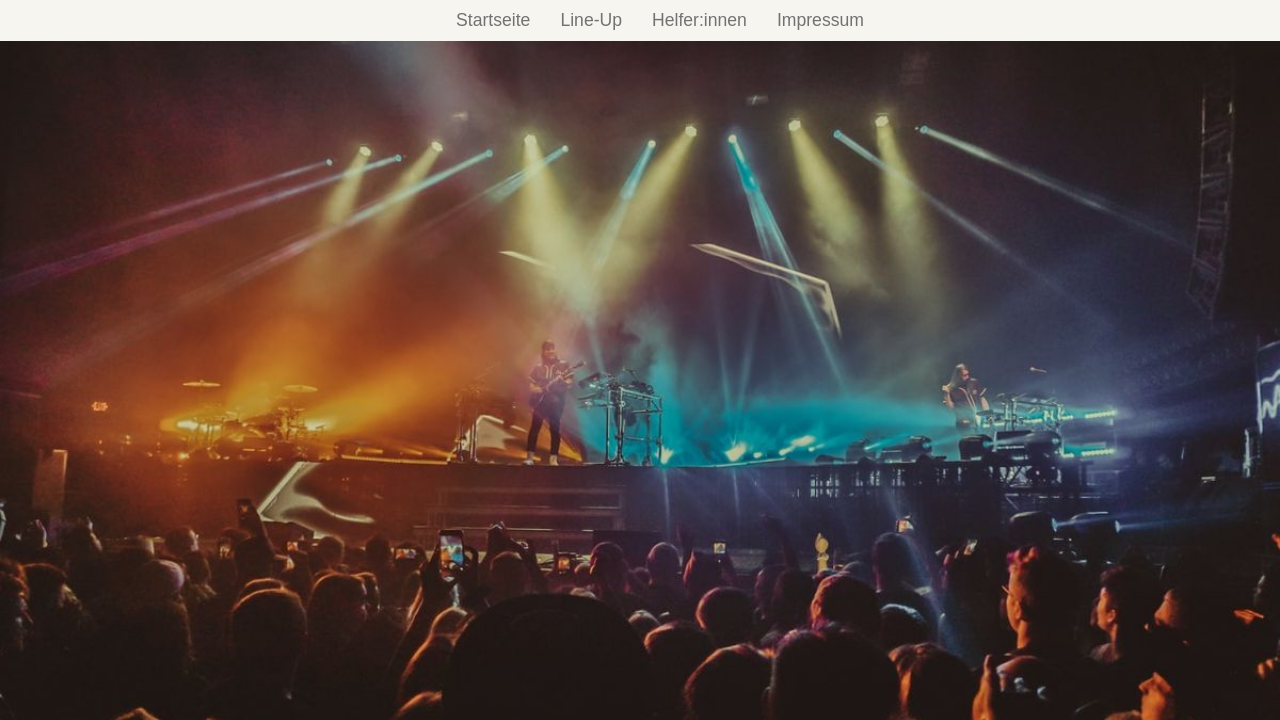
Repository: Hajimohammadi-KI/Web-Technologien
Page: index.html
An editor plug-in stored every save of this project. The page is shown before and after the next save, followed by the edit.
The browser window is 1280 px wide. The pictures show the whole page.

Above is the page before, as saved 2025-10-01 14:26:52.

### index.html
<!DOCTYPE html>
<html lang="en">
<head>
    <meta charset="UTF-8">
    <meta name="viewport" content="width=device-width, initial-scale=1.0">
    <link rel="stylesheet" href="mystyle.css">
    <title>T01-HTML&CSS</title>
</head>
<body>
   <nav>
  <a href="index.html">Startseite</a>
  <a href="lineup.html">Line-Up</a>
  <a href="helfer.html">Helfer:innen</a>
  <a href="impressum.html">Impressum</a>
</nav>

    <!-- The alt attribute is used to provide alternative text for the image if it fails to load or if the user visits the page via a screen reader. -->
    <img src="img/spotify-livestreaming-virtual-concerts-feat.jpeg"
        alt="Musicians performing on a brightly lit stage with colorful spotlights
        and smoke effects while a large enthusiastic audience watches and records
        the event with their phones in a dark concert hall filled with energy and
         excitement" class="responsive-img">


</body>
</html>

### mystyle.css
/* ==== 1. Reset-Regeln ==== */ /* قوانین ریست (بازنشانی) */
/*
  Schreibe für alle Zeilen deutsche Kommentare und erkläre die Wörter auf Persisch innerhalb des deutschen Satzes. (برای همه خطوط کامنت آلمانی بنویس و معنی کلمات را به فارسی داخل جمله آلمانی به فارسی بنویس)
*/

/*
  Stile für responsive Bilder. (Stile=استایل‌ها, responsive=واکنش‌گرا, Bilder=تصاویر)
  Die .responsive-img Klasse sorgt dafür, dass Bilder sich an den Container anpassen und das Seitenverhältnis (Seitenverhältnis=نسبت ابعاد) beibehalten.
  Wende diese Klasse auf <img>-Elemente an, damit sie auf verschiedenen Bildschirmgrößen und Geräten (Geräten=دستگاه‌ها) korrekt angezeigt werden.
*/
img.responsive-img {
  width: 100%; /* Die Breite (Breite=عرض) des Bildes ist immer gleich wie die des Elternelements (Elternelements=عنصر والد). */
  height: auto; /* Das Seitenverhältnis (Seitenverhältnis=نسبت ابعاد) des Bildes bleibt erhalten. */
  max-width: 100vw; /* Das Bild wird nie breiter als das Browserfenster (Browserfenster=پنجره مرورگر). */
  display: block; /* Entfernt zusätzlichen Platz (Platz=فضا) unter dem Bild. */
}

@media (max-width: 600px) {
  img.responsive-img {
  max-width: 100%; /* Auf kleinen Seiten (kleinen=کوچک), ist die maximale Breite (maximale Breite=حداکثر عرض) des Bildes gleich wie die des Elternelements. */
  }
}

/* html und body nehmen die gesamte Breite (Breite=عرض) und Höhe (Höhe=ارتفاع) des Viewports (Viewports=صفحه نمایش) ein. */
html, body {
  width: 100vw; /* Gesamte Breite (gesamte=کامل, Breite=عرض) */
  height: 100vh; /* Gesamte Höhe (gesamte=کامل, Höhe=ارتفاع) */
  margin: 0; /* Kein äußerer Abstand (äußerer Abstand=حاشیه بیرونی) */
  padding: 0; /* Kein innerer Abstand (innerer Abstand=فاصله داخلی) */
  overflow: hidden; /* Verhindert zusätzliches Scrollen (zusätzliches Scrollen=اسکرول اضافی) */
}

/* body verwendet eine serifenlose Schriftart (serifenlose Schriftart=فونت بدون سریف) und hat ein Hintergrundbild (Hintergrundbild=تصویر پس‌زمینه) */
body {
  font-family: Arial, sans-serif; /* Serifenlose Schriftart (serifenlose=بدون سریف, Schriftart=فونت) */
  box-sizing: border-box; /* Box-Modell (Box-Modell=مدل جعبه‌ای) mit Rahmen (Rahmen=حاشیه) und Innenabstand (Innenabstand=فاصله داخلی) */
  background: url("img/spotify-livestreaming-virtual-concerts-feat.jpeg") center center no-repeat; /* Hintergrundbild (Hintergrundbild=تصویر پس‌زمینه) zentriert (zentriert=وسط) und ohne Wiederholung (Wiederholung=تکرار) */
  background-size: cover; /* Hintergrundbild (Hintergrundbild=تصویر پس‌زمینه) bedeckt die gesamte Fläche (gesamte Fläche=کل صفحه) */
}

/* .main-content wird absolut zentriert (absolut=مطلق, zentriert=مرکزچین) und hat maximale Breite (maximale Breite=حداکثر عرض) */
.main-content {
  position: absolute; /* Absolute Positionierung (absolute=مطلق, Positionierung=موقعیت) */
  top: 50%; /* Von oben 50% (oben=بالا) */
  left: 50%; /* Von links 50% (links=چپ) */
  transform: translate(-50%, -50%); /* Zentriert das Element (zentriert=مرکزچین, Element=عنصر) */
  width: 90vw; /* 90% der Viewport-Breite (Viewport-Breite=عرض صفحه) */
  max-width: 1200px; /* Maximale Breite 1200px (maximale Breite=حداکثر عرض) */
  color: #222; /* Textfarbe dunkelgrau (Textfarbe=رنگ متن, dunkelgrau=خاکستری تیره) */
  text-align: center; /* Text zentriert (zentriert=وسط) */
}

h1, h2, h3 {
  color: #333; /* Dunkle Farbe (dunkle Farbe=رنگ تیره) für Überschriften (Überschriften=عناوین) */
  margin-bottom: 10px; /* Abstand unten (Abstand unten=فاصله پایین) für Überschriften */
}

p {
  color: #555; /* Graue Farbe (graue Farbe=رنگ خاکستری) für Absätze (Absätze=پاراگراف‌ها) */
  line-height: 1.6; /* Erhöhte Zeilenhöhe (Zeilenhöhe=ارتفاع خط) für bessere Lesbarkeit (Lesbarkeit=خوانایی) */
  margin-bottom: 15px; /* Abstand unten (Abstand unten=فاصله پایین) für Absätze */
}

/*
  Stile für die Navigationsleiste (Navigationsleiste=نوار ناوبری) und den Container (Container=ظرف).
  Die nav-Stile erzeugen eine horizontale Navigationsleiste mit Abstand (Abstand=فاصله) und Hover-Effekten (Hover-Effekten=افکت هاور).
  Die .container-Klasse zentriert den Inhalt (Inhalt=محتوا) und begrenzt die maximale Breite (maximale Breite=حداکثر عرض) für bessere Lesbarkeit.
*/
nav {
  justify-content: center; /* Zentriert die Navigations-Items (zentriert=مرکزچین, Navigations-Items=آیتم‌های ناوبری) */
  position: fixed; /* Fixiert die Navigationsleiste oben (fixiert=ثابت, oben=بالا) */
  top: 0; /* Richtet die Leiste am oberen Rand (oberen Rand=لبه بالا) aus. */
  /* Entfernt: bottom: 0;  (Redundant für oben fixierte horizontale Navigationsleiste) */
  /* در CSS تگ nav این خط هست: bottom: 0; — این برای horizontal navbar اضافی است و اگر هدف navbar بالای صفحه باشد حذفش کن. */
  width: 100%; /* Die Leiste nimmt die gesamte Breite (gesamte Breite=تمام عرض) ein. */
  z-index: 1000; /* Stellt sicher, dass die Leiste über anderen Elementen (anderen Elementen=سایر عناصر) bleibt. */
  background: #f6f5f0; /* Heller Hintergrund (heller Hintergrund=رنگ پس‌زمینه روشن) für die Navigationsleiste */
  padding: 10px 20px; /* Innenabstand (Innenabstand=فاصله داخلی) für die Navigationsleiste */
  display: flex; /* Zeigt die Items horizontal (horizontal=افقی) an */
  gap: 30px; /* Abstand (Abstand=فاصله) zwischen den Navigations-Items */
  font-family: sans-serif; /* Einfache Schriftart (einfache Schriftart=فونت ساده) für Navigation */
  font-size: 1.1em; /* Größere Schriftgröße (Schriftgröße=اندازه فونت) für Navigation */
}
nav a {
  text-decoration: none; /* Entfernt Unterstreichung (Unterstreichung=خط زیر) von Links */
  color: #727272; /* Graue Farbe (graue Farbe=رنگ خاکستری) für Links */
  transition: color 0.2s; /* Farbeffekt (Farbeffekt=افکت تغییر رنگ) beim Hover */
}
nav a:hover {
  color: #120fda;  /* Blaue Farbe (Blaue Farbe=رنگ آبی) beim Hover */
  border-bottom: 1px solid #444; /* Unterstrich (Unterstrich=خط زیر) beim Hover */
}
nav a:active {
  color: #e00d18; /* Rote Farbe (Rote Farbe=رنگ قرمز) für aktiven Link (برای لینک فعال رنگ قرمز) */
  font-weight: bold; /* Fettere Schrift (Fettere Schrift=فونت ضخیم‌تر) für aktiven Link (برای لینک فعال فونت ضخیم‌تر) */
  border-bottom: 2px solid #df0c0c; /* Stärkerer Unterstrich (Stärkerer Unterstrich=خط زیر ضخیم‌تر) für aktiven Link (برای لینک فعال خط زیر ضخیم‌تر) */

}
nav a.active {
  color: #0de053; /* Grüne Farbe (grüne Farbe=رنگ سبز) für den aktiven Link (برای لینک فعال رنگ سبز) */
  font-weight: bold; /* Fettere Schrift (fettere Schrift=فونت ضخیم‌تر) für den aktiven Link (برای لینک فعال فونت ضخیم‌تر) */
  border-bottom: 2px solid #222121; /* Stärkerer Unterstrich (stärkerer Unterstrich=خط زیر ضخیم‌تر) für den aktiven Link (برای لینک فعال خط زیر ضخیم‌تر) */

}
/*
  Unterschied zwischen a.active und a:active:

  /*
    a.active
    a.active → Selektor für eine Klasse, dauerhaft, manuell gesetzt.
    یعنی وقتی به یک لینک کلاس active بدهیم، همیشه این استایل را دارد تا زمانی که کلاس را برداریم.
    عملکرد: این باعث می‌شود لینک‌هایی که کلاس
     دارند همیشه با استایل مخصوص نمایش داده شوند (مثلاً رنگ سبز و خط زیر ضخیم‌تر)، حتی اگر روی آن کلیک نشده باشد. معمولاً برای نمایش صفحه فعال در منو استفاده می‌شود.active { color: green; }
  /*
    a:active
    a:active → Pseudoklasse, nur während des Klicks aktiv, automatisch vom Browser gesetzt.
    یعنی وقتی روی یک لینک کلیک می‌کنیم، تا زمانی که دکمه ماوس را نگه داشته‌ایم، استایل فعال را می‌گیرد.
    مثال: a:active { color: red; }

*/
/*
  Die .container-Klasse wird verwendet, um den Inhalt (Inhalt=محتوا) auf der Seite zu zentrieren (zentrieren=مرکزچین) und die maximale Breite (maximale Breite=حداکثر عرض) zu begrenzen.
  Ein Container (Container=ظرف) sorgt dafür, dass der Inhalt nicht zu breit (zu breit=خیلی عریض) wird und auf großen Bildschirmen (Bildschirmen=صفحه‌نمایش‌ها) besser lesbar (lesbar=قابل خواندن) bleibt.
  Außerdem wird durch den Innenabstand (Innenabstand=فاصله داخلی) der Inhalt nicht direkt am Rand (Rand=لبه) angezeigt.
  ---
  کلاس .container برای مرکزچین کردن محتوا و محدود کردن حداکثر عرض استفاده می‌شود.
  کانتینر باعث می‌شود محتوا خیلی عریض نشود و در صفحه‌نمایش‌های بزرگ خواناتر باشد.
  همچنین با فاصله داخلی، محتوا به لبه صفحه نمی‌چسبد.
*/
.container {
  max-width: 1200px; /* Maximale Breite (maximale Breite=حداکثر عرض) für Inhalt */
  margin: 0 auto; /* Zentriert den Inhalt (zentriert=مرکزچین, Inhalt=محتوا) */
  padding: 20px; /* Innenabstand (Innenabstand=فاصله داخلی) für Inhalt */
}
/* ==== 3. Header & Footer ==== */ /* هدر و فوتر */
/* immer oben und unten, volle Breite */ /* همیشه بالا و پایین، عرض کامل */
header,
footer {
  position: fixed; /* Fixierte Position */ /* موقعیت ثابت */
  width: 100%; /* Volle Breite */ /* عرض کامل */
  background-color: rgba(128, 128, 128, 0.7); /* Halbtransparenter Hintergrund */ /* پس‌زمینه نیمه شفاف */
  color: #000; /* Textfarbe schwarz */ /* رنگ متن مشکی */
  padding: 10px 0; /* Vertikaler Abstand */ /* فاصله عمودی */
  text-align: center; /* Zentrierter Text */ /* متن وسط‌چین */
  z-index: 1000; /* Immer im Vordergrund */ /* همیشه در جلو */
}
header { top: 0; } /* Header oben fixieren */ /* هدر در بالا ثابت */
footer { bottom: 0; } /* Footer unten fixieren */ /* فوتر در پایین ثابت */

/* ==== 4. Navigation ==== */ /* ناوبری */
/* horizontale Linkleiste mit aktiven und Hover-Zuständen */ /* نوار افقی لینک با حالت فعال و هاور */
nav ul {
  display: flex; /* Flexbox für Liste */ /* استفاده از فلکس برای لیست */
  justify-content: center; /* Zentrierung */ /* تراز وسط */
  list-style: none; /* Keine Aufzählungszeichen */ /* بدون نشانه‌گذاری لیست */
}
nav ul li {
  margin: 0 15px; /* Abstand zwischen Links */ /* فاصله بین لینک‌ها */
}
nav ul li a {
  color: #000; /* Linkfarbe schwarz */ /* رنگ لینک مشکی */
  text-decoration: none; /* Keine Unterstreichung */ /* بدون زیرخط */
  font-weight: bold; /* Fettgedruckt */ /* ضخیم */
  padding: 5px 10px; /* Innenabstand */ /* فاصله داخلی */
  border-radius: 4px; /* Abgerundete Ecken */ /* گوشه‌های گرد */
}
nav ul li a.active,
nav ul li a:hover {
  background-color: rgba(245, 160, 63, 0.8); /* Hintergrund bei Aktiv/Hover */ /* پس‌زمینه هنگام فعال یا هاور */
  color: #fff; /* Text weiß */ /* متن سفید */
}

/* ==== 5. Canvas-Container ==== */ /* کانتینر اصلی (بوم) */
/* halbtransparenter Hauptcontainer */ /* کانتینر اصلی نیمه شفاف */
.canvas-container {
  position: relative; /* Position relativ */ /* موقعیت نسبی */
  z-index: 1; /* Im Vordergrund, aber unter Header/Footer */ /* جلوتر، اما زیر هدر/فوتر */
  width: 90vw; /* 90% der Ansichtsbreite */ /* ۹۰٪ عرض صفحه */
  max-width: 1000px; /* Maximale Breite */ /* حداکثر عرض */
  margin: 80px auto 40px; /* Abstand oben/unten, zentriert */ /* فاصله بالا/پایین، وسط‌چین */
  background-color: rgba(128, 128, 128, 0.7); /* Halbtransparenter Hintergrund */ /* پس‌زمینه نیمه شفاف */
  color: #000; /* Textfarbe schwarz */ /* رنگ متن مشکی */
  border: 2px solid rgba(12, 12, 12, 0.9); /* Dunkler Rahmen */ /* حاشیه تیره */
  border-radius: 10px; /* Abgerundete Ecken */ /* گوشه‌های گرد */
  padding: 20px; /* Innenabstand */ /* فاصله داخلی */
}

/* allgemeine orangefarbene Boxen */ /* جعبه‌های نارنجی عمومی */
.box {
  background-color: rgba(245, 160, 63, 0.8); /* Orange Hintergrund */ /* پس‌زمینه نارنجی */
  color: #000; /* Textfarbe schwarz */ /* رنگ متن مشکی */
  padding: 20px; /* Innenabstand */ /* فاصله داخلی */
  margin: 10px 0; /* Abstand oben/unten */ /* فاصله بالا/پایین */
  border-radius: 8px; /* Abgerundete Ecken */ /* گوشه‌های گرد */
  text-align: center; /* Zentrierter Text */ /* متن وسط‌چین */
}

/* ==== 6. Formular-Layout ==== */ /* چیدمان فرم */
/* zentrierter Container für Login und Registrierung */ /* کانتینر وسط‌چین برای ورود و ثبت‌نام */
.form-container,
.registration-container {
  display: flex; /* Flexbox aktivieren */ /* فعال‌سازی فلکس‌باکس */
  flex-direction: column; /* Spaltenrichtung */ /* جهت ستونی */
  gap: 16px; /* Abstand zwischen Elementen */ /* فاصله بین عناصر */
  width: 100%; /* Volle Breite */ /* عرض کامل */
  max-width: 400px; /* Maximale Breite */ /* حداکثر عرض */
  margin: 40px auto; /* Abstand oben/unten, zentriert */ /* فاصله بالا/پایین، وسط‌چین */
  background-color: #000; /* Schwarzer Hintergrund */ /* پس‌زمینه مشکی */
  color: #fff; /* Textfarbe weiß */ /* رنگ متن سفید */
  padding: 20px; /* Innenabstand */ /* فاصله داخلی */
  border-radius: 8px; /* Abgerundete Ecken */ /* گوشه‌های گرد */
  box-shadow: 0 4px 10px rgba(0, 0, 0, 0.1); /* Schatteneffekt */ /* افکت سایه */
  direction: ltr; /* Schreibrichtung links nach rechts */ /* جهت نوشتار چپ به راست */
  text-align: left; /* Text linksbündig */ /* متن چپ‌چین */
}

/* Formular-Gruppen: Label + Input untereinander */ /* گروه‌های فرم: لیبل و ورودی زیر هم */
.form-group {
  display: flex; /* Flexbox aktivieren */ /* فعال‌سازی فلکس‌باکس */
  flex-direction: column; /* Spaltenrichtung */ /* جهت ستونی */
  gap: 8px; /* Abstand zwischen Label und Input */ /* فاصله بین لیبل و ورودی */
}
.form-group label {
  font-weight: bold; /* Fettgedrucktes Label */ /* لیبل ضخیم */
}
.form-group input {
  width: 100%; /* Volle Breite */ /* عرض کامل */
  padding: 0.5em; /* Innenabstand */ /* فاصله داخلی */
  font-size: 1rem; /* Schriftgröße */ /* اندازه فونت */
  border: 1px solid #ccc; /* Grauer Rahmen */ /* حاشیه خاکستری */
  border-radius: 4px; /* Abgerundete Ecken */ /* گوشه‌های گرد */
  height: 2.5em; /* Höhe des Eingabefelds */ /* ارتفاع فیلد ورودی */
}

/* ==== 7. Buttons ==== */ /* دکمه‌ها */
/* Abstand im Formular */ /* فاصله در فرم */
.form-container form,
.registration-container form {
  display: flex; /* Flexbox aktivieren */ /* فعال‌سازی فلکس‌باکس */
  flex-direction: column; /* Spaltenrichtung */ /* جهت ستونی */
  gap: 1rem; /* Abstand zwischen Elementen */ /* فاصله بین عناصر */
}
/* einheitliche Button-Grundstile */ /* استایل پایه دکمه‌ها */
.form-container button,
.registration-container button {
  width: 100%; /* Volle Breite */ /* عرض کامل */
  height: 2.5em; /* Höhe */ /* ارتفاع */
  border: none; /* Kein Rahmen */ /* بدون حاشیه */
  border-radius: 4px; /* Abgerundete Ecken */ /* گوشه‌های گرد */
  font-weight: bold; /* Fettgedruckt */ /* ضخیم */
  cursor: pointer; /* Zeiger als Cursor */ /* نشانگر موس */
}
/* Primär-Button: Einloggen / Registrieren */ /* دکمه اصلی: ورود/ثبت‌نام */
button.primary {
  background-color: rgba(245, 160, 63, 0.8); /* Orange Hintergrund */ /* پس‌زمینه نارنجی */
  color: #000; /* Textfarbe schwarz */ /* رنگ متن مشکی */
}
button.primary:hover {
  background-color: rgba(245, 140, 43, 0.8); /* Dunkleres Orange bei Hover */ /* نارنجی تیره‌تر هنگام هاور */
}
/* Sekundär-Button: Zurück */ /* دکمه ثانویه: بازگشت */
button.secondary {
  background-color: rgba(245, 160, 63, 0.8); /* Orange Hintergrund */ /* پس‌زمینه نارنجی */
  color: #000; /* Textfarbe schwarz */ /* رنگ متن مشکی */
}
button.secondary:hover {
  background-color: rgba(245, 140, 43, 0.8); /* Dunkleres Orange bei Hover */ /* نارنجی تیره‌تر هنگام هاور */
}

/* zusätzliche Abstände */ /* فاصله‌های اضافی */
.login-actions {
  display: flex; /* Flexbox aktivieren */ /* فعال‌سازی فلکس‌باکس */
  flex-direction: column; /* Spaltenrichtung */ /* جهت ستونی */
  gap: 12px; /* Abstand zwischen Aktionen */ /* فاصله بین اکشن‌ها */
}

/* ==== 8. Line-Up-Grid ==== */ /* گرید لیست گروه‌ها */
.grid-lineup {
  display: grid; /* Grid aktivieren */ /* فعال‌سازی گرید */
  grid-template-columns: 1fr; /* Eine Spalte */ /* یک ستون */
  gap: 20px; /* Abstand zwischen Elementen */ /* فاصله بین عناصر */
  margin-top: 20px; /* Abstand nach oben */ /* فاصله از بالا */
}
.band {
  background-color: rgba(245, 160, 63, 0.8); /* Orange Hintergrund */ /* پس‌زمینه نارنجی */
  color: #000; /* Textfarbe schwarz */ /* رنگ متن مشکی */
  padding: 20px; /* Innenabstand */ /* فاصله داخلی */
  border-radius: 8px; /* Abgerundete Ecken */ /* گوشه‌های گرد */
  text-align: center; /* Zentrierter Text */ /* متن وسط‌چین */
}
.band img {
  max-width: 100%; /* Bild passt in Container */ /* تصویر در کانتینر جا می‌گیرد */
  border-radius: 4px; /* Abgerundete Ecken */ /* گوشه‌های گرد */
  margin-bottom: 10px; /* Abstand nach unten */ /* فاصله از پایین */
}
.band h2 {
  margin: 10px 0; /* Abstand oben/unten */ /* فاصله بالا/پایین */
}
.band time {
  display: block; /* Block-Element */ /* نمایش بلوک */
  margin-top: 8px; /* Abstand nach oben */ /* فاصله از بالا */
  font-style: italic; /* Kursiv */ /* ایتالیک */
  color: #d71212; /* Rote Farbe */ /* رنگ قرمز */
}
.headliner-box {
  background-color: rgba(245, 160, 63, 0.9); /* Kräftigeres Orange */ /* نارنجی پررنگ‌تر */
  color: #000; /* Textfarbe schwarz */ /* رنگ متن مشکی */
  padding: 30px; /* Mehr Innenabstand */ /* فاصله داخلی بیشتر */
  border-radius: 8px; /* Abgerundete Ecken */ /* گوشه‌های گرد */
}

/* ==== 9. Responsive Breakpoints ==== */ /* نقاط شکست واکنش‌گرا */
@media (min-width: 360px) {
  .canvas-container { width: 80vw; } /* Breitere Canvas ab 360px */ /* کانتینر عریض‌تر از ۳۶۰ پیکسل */
  .grid-lineup { grid-template-columns: repeat(2, 1fr); } /* Zwei Spalten ab 360px */ /* دو ستون از ۳۶۰ پیکسل */
}
@media (min-width: 600px) {
  .canvas-container { width: 60vw; } /* Noch breiter ab 600px */ /* کانتینر عریض‌تر از ۶۰۰ پیکسل */
  .grid-lineup { grid-template-columns: repeat(3, 1fr); } /* Drei Spalten ab 600px */ /* سه ستون از ۶۰۰ پیکسل */
}
@media (min-width: 900px) {
  .canvas-container { width: 50vw; } /* Maximalbreite ab 900px */ /* حداکثر عرض از ۹۰۰ پیکسل */
}

After the next save:
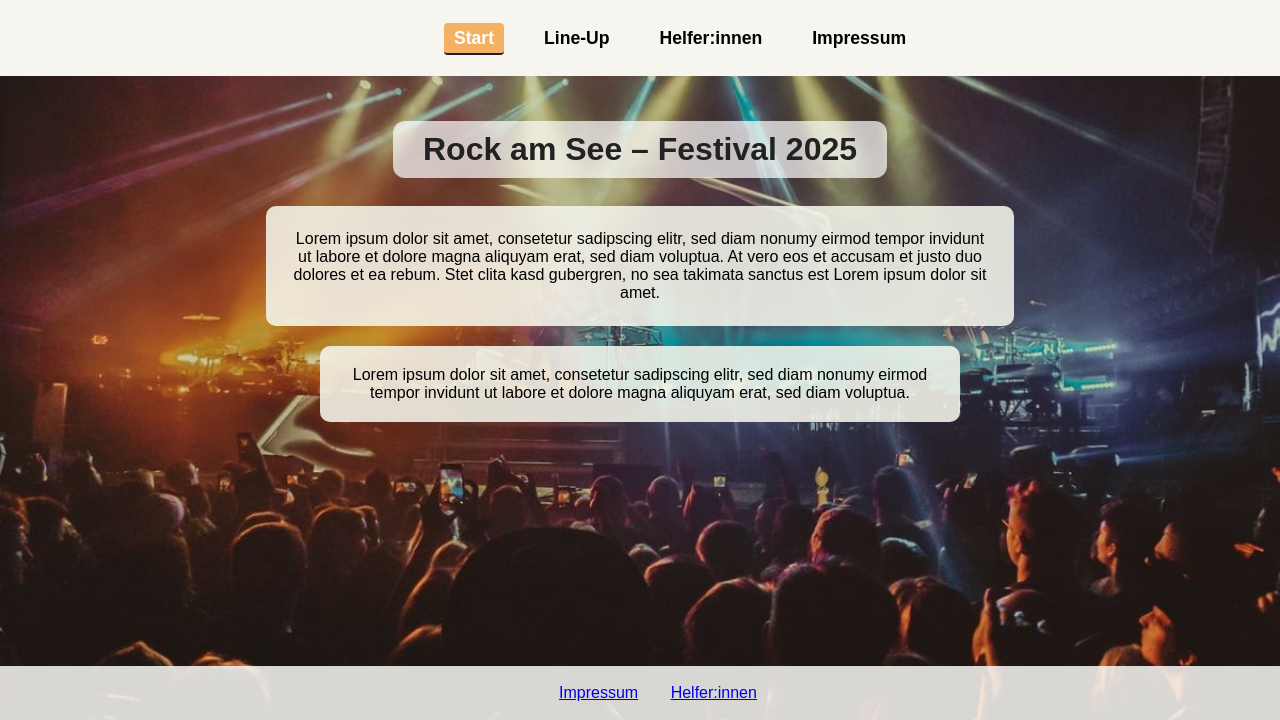
Saved 117 s later.
--- a/index.html
+++ b/index.html
@@ -1,26 +1,40 @@
 <!DOCTYPE html>
-<html lang="en">
+<html lang="de">
 <head>
-    <meta charset="UTF-8">
-    <meta name="viewport" content="width=device-width, initial-scale=1.0">
-    <link rel="stylesheet" href="mystyle.css">
-    <title>T01-HTML&CSS</title>
+  <meta charset="UTF-8">
+  <meta name="viewport" content="width=device-width, initial-scale=1.0">
+  <title>Rock am See – Festival 2025</title>
+  <link rel="stylesheet" href="mystyle.css">
 </head>
-<body>
-   <nav>
-  <a href="index.html">Startseite</a>
-  <a href="lineup.html">Line-Up</a>
-  <a href="helfer.html">Helfer:innen</a>
-  <a href="impressum.html">Impressum</a>
-</nav>
+<body style="background: url('img/spotify-livestreaming-virtual-concerts-feat.jpeg') no-repeat center center/cover; min-height: 100vh;">
 
-    <!-- The alt attribute is used to provide alternative text for the image if it fails to load or if the user visits the page via a screen reader. -->
-    <img src="img/spotify-livestreaming-virtual-concerts-feat.jpeg"
-        alt="Musicians performing on a brightly lit stage with colorful spotlights
-        and smoke effects while a large enthusiastic audience watches and records
-        the event with their phones in a dark concert hall filled with energy and
-         excitement" class="responsive-img">
+  <nav>
+    <ul>
+      <li><a href="index.html" class="active">Start</a></li>
+      <li><a href="lineup.html">Line-Up</a></li>
+      <li><a href="helfer.html">Helfer:innen</a></li>
+      <li><a href="impressum.html">Impressum</a></li>
+    </ul>
+  </nav>
 
+  <main style="display: flex; flex-direction: column; align-items: center; margin-top: 100px;">
+    <h1 style="margin-bottom: 28px; color: #222; background: rgba(255,255,255,0.7); padding: 10px 30px; border-radius: 12px;">
+      Rock am See – Festival 2025
+    </h1>
+
+    <div style="background: rgba(245,245,235,0.88); border-radius: 10px; max-width: 700px; margin-bottom: 20px; padding: 24px; text-align: center;">
+      Lorem ipsum dolor sit amet, consetetur sadipscing elitr, sed diam nonumy eirmod tempor invidunt ut labore et dolore magna aliquyam erat, sed diam voluptua. At vero eos et accusam et justo duo dolores et ea rebum. Stet clita kasd gubergren, no sea takimata sanctus est Lorem ipsum dolor sit amet.
+    </div>
+
+    <div style="background: rgba(245,245,235,0.88); border-radius: 10px; max-width: 600px; padding: 20px; text-align: center;">
+      Lorem ipsum dolor sit amet, consetetur sadipscing elitr, sed diam nonumy eirmod tempor invidunt ut labore et dolore magna aliquyam erat, sed diam voluptua.
+    </div>
+  </main>
+
+  <footer style="width: 100%; text-align: center; padding: 18px; background: rgba(250,250,246,0.85); position: fixed; bottom: 0; left: 0;">
+    <a href="impressum.html" style="margin-right: 28px;">Impressum</a>
+    <a href="helfer.html">Helfer:innen</a>
+  </footer>
 
 </body>
 </html>
